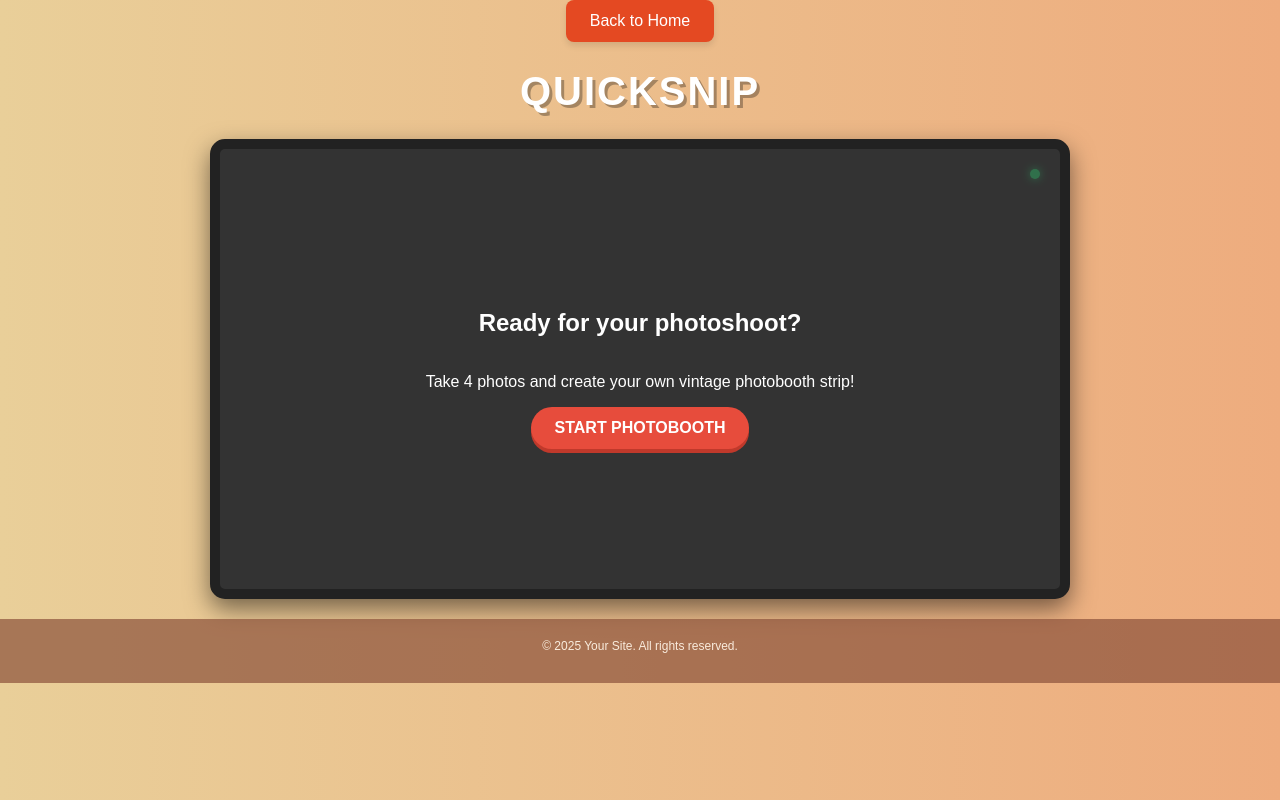
Repository: Strawb3rryjam/QuickSnip
Page: photobooth.html
The author's editor kept a copy of each file at every save. The page is drawn from the files as they stood at one save, then again after the next save.
The browser window is 1280 px wide. The pictures show the whole page.
Some web fonts or font styles are not loaded; a fallback is used.

Above is the page before, as saved 2025-05-09 11:13:23.

### photobooth.html
<!DOCTYPE html>
<html lang="en">

<head>
    <meta charset="UTF-8">
    <meta name="viewport" content="width=device-width, initial-scale=1.0">
    <title>Retro Photobooth</title>
    <link rel="stylesheet" href="styles.css">

    <!--Font-->
    <link rel="preconnect" href="https://fonts.googleapis.com">
    <link rel="preconnect" href="https://fonts.gstatic.com" crossorigin>
    <link href="https://fonts.googleapis.com/css2?family=Titan+One&display=swap" rel="stylesheet">
</head>

<body>
    <a href="index.html" id="home" class="button">Back to Home</a>


    <h1>QUICKSNIP</h1>
    <div class="container">
        <div class="retro-light"></div>

        <div class="start-screen" id="startScreen">

            <h2>Ready for your photoshoot?</h2>
            <p>Take 4 photos and create your own vintage photobooth strip!</p>
            <button id="startButton">Start Photobooth</button>
        </div>

        <div class="camera-container" id="cameraContainer">
            <video id="camera" autoplay playsinline></video>
            <div class="countdown" id="countdown"></div>
            <div class="flash" id="flash"></div>
            <div class="loading-message" id="loadingMessage">Initializing camera...</div>
        </div>



        <div class="controls" id="cameraControls" style="display: none;">
            <button id="captureButton">Take Photos</button>
        </div>

        <div class="photostrip-container" id="photostripContainer">
            <div class="photostrip" id="photostrip">
                <div class="photostrip-branding">Retro Photobooth - April 28, 2025</div>
            </div>

            <div class="editor-tools">
                <div>
                    <h3>Border Color</h3>
                    <div class="color-picker" id="colorPicker">
                        <div class="color selected" style="background-color: white;" data-color="white"></div>
                        <div class="color" style="background-color: #ffcc00;" data-color="#ffcc00"></div>
                        <div class="color" style="background-color: #ff6b6b;" data-color="#ff6b6b"></div>
                        <div class="color" style="background-color: #48dbfb;" data-color="#48dbfb"></div>
                        <div class="color" style="background-color: #1dd1a1;" data-color="#1dd1a1"></div>
                        <div class="color" style="background-color: #f368e0;" data-color="#f368e0"></div>
                        <div class="color" style="background-color: #ff9f43;" data-color="#ff9f43"></div>
                        <div class="color" style="background-color: black;" data-color="black"></div>
                    </div>
                </div>

                <div>
                    <h3>Add Stickers</h3>
                    <div class="stickers" id="stickerPicker">
                        <div class="sticker">⭐</div>
                        <div class="sticker">❤️</div>
                        <div class="sticker">🌈</div>
                        <div class="sticker">😎</div>
                        <div class="sticker">🎉</div>
                        <div class="sticker">✨</div>
                        <div class="sticker">💯</div>
                        <div class="sticker">🔥</div>
                        <div class="sticker">👑</div>
                        <div class="sticker">🦄</div>
                    </div>
                </div>

                <button id="downloadButton">Download Photostrip</button>
                <button id="resetButton">Take New Photos</button>
            </div>
        </div>
    </div>

    <footer id="copyright">
        © 2025 Your Site. All rights reserved.
    </footer>

    <script src="https://cdnjs.cloudflare.com/ajax/libs/html2canvas/1.4.1/html2canvas.min.js"></script>
    <script src="scripts.js"></script>
    <script src="https://cdnjs.cloudflare.com/ajax/libs/html2canvas/1.4.1/html2canvas.min.js"></script>

</body>

</html>

### styles.css


body {
  font-family: 'titan-one-regular', sans-serif;
  background-color: #f0f0f0;
  margin: 0;
  padding: 0;
  padding-bottom: 80px;
  display: flex;
  flex-direction: column;
  align-items: center;
  min-height: 100vh;
  background-image: linear-gradient(to right,#E9CF99, #EEAC7E);
  color: white;
  text-align: center;
}

h1 {
  font-family: 'titan-one-regular', sans-serif;
  letter-spacing: 2px;
  font-size: 2.5rem;
  text-shadow: 3px 3px 0px rgba(0, 0, 0, 0.3);
  margin-bottom: 5px;
}


.photobooth-exterior {
  position: relative;
  width: 100vw;
  height: 100vh;
  overflow: hidden;
  display: flex;
  justify-content: center;
  align-items: center;
}



.entrance {
  position: absolute;
  top: 0;
  left: 0;
  width: 100%;
  height: 100%;
  object-fit: cover;
  object-position: center;
  z-index: -1;
}




#curtain {
  position: absolute;
  width: 20vw; /* Responsive width */
  height: 428px; /* Let it scale proportionally */
  left: 50%; /* Center-ish position */
  top: 35%;  /* Adjust as needed */
  transform: translate(-30%, -14%); /* Centers the image on its position point */
  object-fit: contain;
  cursor: pointer;
  z-index: 1; /* Above entrance image */
}


#home {
  background-color: #e44922;
  color: white;
  border: none;
  padding: 12px 24px;
  border-radius: 8px;
  font-size: 16px;
  cursor: pointer;
  transition: background-color 0.3s ease;
  box-shadow: 0 4px 6px rgba(0, 0, 0, 0.1);
  text-decoration: none; /* removes underline */

}

#home:hover {
  background-color: #e60000;
}




.container {
  max-width: 800px;
  width: 95%;
  background-color: #333;
  border-radius: 15px;
  padding: 20px;
  box-shadow: 0 10px 25px rgba(0, 0, 0, 0.5);
  margin: 20px 0;
  border: 10px solid #222;
  position: relative;
}

.start-screen {
  display: flex;
  flex-direction: column;
  align-items: center;
  justify-content: center;
  height: 400px;
}

.camera-container {
  position: relative;
  margin: 0 auto;
  width: 100%;
  max-width: 640px;
  border-radius: 8px;
  overflow: hidden;
  display: none;
}

#camera {
  width: 100%;
  height: auto;
  background-color: #222;
  border-radius: 8px;
  transform: scaleX(-1);
}

.controls {
  margin-top: 20px;
  display: flex;
  justify-content: center;
  flex-wrap: wrap;
  gap: 10px;
}

button {
  background-color: #e74c3c;
  color: white;
  border: none;
  padding: 12px 24px;
  font-size: 16px;
  border-radius: 30px;
  cursor: pointer;
  transition: all 0.3s;
  font-weight: bold;
  box-shadow: 0 4px 0 #c0392b;
  text-transform: uppercase;
}

button:hover {
  background-color: #c0392b;
  box-shadow: 0 2px 0 #9e2a1e;
  transform: translateY(2px);
}

button:active {
  transform: translateY(4px);
  box-shadow: none;
}

button:disabled {
  background-color: #999;
  box-shadow: none;
  cursor: not-allowed;
}

.countdown {
  position: absolute;
  top: 50%;
  left: 50%;
  transform: translate(-50%, -50%);
  font-size: 8rem;
  color: white;
  text-shadow: 0 0 10px #000;
  opacity: 0.8;
  display: none;
}

.flash {
  position: absolute;
  top: 0;
  left: 0;
  width: 100%;
  height: 100%;
  background-color: white;
  opacity: 0;
  transition: opacity 0.1s;
}

.photostrip-container {
  display: none;
  flex-direction: column;
  align-items: center;
  width: 100%;
}

.photostrip {
  display: flex;
  flex-direction: column;
  gap: 10px;
  background-color: white;
  padding: 20px;
  width: 240px;
  border-radius: 5px;
  box-shadow: 0 0 10px rgba(0,0,0,0.5);
  margin-bottom: 20px;
  position: relative;
}

.photostrip img {
  width: 100%;
  height: auto;
  border: 1px solid #ddd;
}

.photostrip-branding {
  color: #333;
  font-size: 12px;
  margin-top: 10px;
  text-align: center;
  font-family: 'Courier New', monospace;
}

.editor-tools {
  display: flex;
  flex-wrap: wrap;
  justify-content: center;
  gap: 10px;
  margin-top: 20px;
  width: 100%;
}

.color-picker {
  display: flex;
  flex-wrap: wrap;
  justify-content: center;
  gap: 5px;
  margin-bottom: 15px;
}

.color {
  width: 30px;
  height: 30px;
  border-radius: 50%;
  cursor: pointer;
  border: 2px solid transparent;
  transition: transform 0.2s;
}

.color:hover {
  transform: scale(1.2);
}

.color.selected {
  border: 2px solid white;
  box-shadow: 0 0 5px rgba(0,0,0,0.5);
}

.stickers {
  display: flex;
  flex-wrap: wrap;
  justify-content: center;
  gap: 10px;
  margin-bottom: 15px;
}

.sticker {
  font-size: 24px;
  cursor: pointer;
  background-color: rgba(255, 255, 255, 0.2);
  border-radius: 5px;
  padding: 5px;
  transition: transform 0.2s;
}

.sticker:hover {
  transform: scale(1.2);
}

.draggable-sticker {
  position: absolute;
  cursor: move;
  user-select: none;
  font-size: 24px;
}

.retro-light {
  position: absolute;
  width: 10px;
  height: 10px;
  background-color: #2ecc71;
  border-radius: 50%;
  top: 20px;
  right: 20px;
  box-shadow: 0 0 10px #2ecc71;
  animation: blink 2s infinite;
}

@keyframes blink {
  0%, 100% { opacity: 1; }
  50% { opacity: 0.4; }
}

.loading-message {
  font-size: 1.2rem;
  margin-bottom: 20px;
  animation: pulse 1.5s infinite;
}

@keyframes pulse {
  0%, 100% { opacity: 1; }
  50% { opacity: 0.5; }
}

#copyright {
  font-size: 12px;
  opacity: 0.7;
  text-align: center;
  background-color: #8C523B;
  padding: 20px 0 30px;
  width: 100%;
}


/* Photostrip printing animation */
@keyframes slideDown {
  0% {
    transform: translateY(-100%);
    filter: brightness(0);
  }
  30% {
    transform: translateY(0);
    filter: brightness(0);
  }
  100% {
    transform: translateY(0);
    filter: brightness(1);
  }
}

.photostrip {
  display: flex;
  flex-direction: column;
  gap: 10px;
  background-color: white;
  padding: 20px;
  width: 240px;
  border-radius: 5px;
  box-shadow: 0 0 10px rgba(0,0,0,0.5);
  margin-bottom: 20px;
  position: relative;
}

.photostrip.printing {
  animation: slideDown 3s ease-out forwards;
}

.photostrip.printing img {
  opacity: 0;
  animation: fadeIn 0.5s ease-out forwards;
}

/* Different delay for each photo to create sequential revealing effect */
.photostrip.printing img:nth-child(1) {
  animation-delay: 1.2s;
}

.photostrip.printing img:nth-child(2) {
  animation-delay: 1.7s;
}

.photostrip.printing img:nth-child(3) {
  animation-delay: 2.2s;
}

.photostrip.printing img:nth-child(4) {
  animation-delay: 2.7s;
}

.photostrip-branding.printing {
  opacity: 0;
  animation: fadeIn 0.5s ease-out forwards;
  animation-delay: 3s;
}

@keyframes fadeIn {
  from { opacity: 0; }
  to { opacity: 1; }
}

/* Printer sound effect styles */
.printer-sound {
  display: none;
}

/* Printing overlay effect */
.printing-overlay {
  position: fixed;
  top: 0;
  left: 0;
  width: 100%;
  height: 100%;
  background-color: rgba(0, 0, 0, 0.7);
  display: flex;
  justify-content: center;
  align-items: center;
  z-index: 1000;
  opacity: 0;
  pointer-events: none;
  transition: opacity 0.5s ease;
}

.printing-overlay.active {
  opacity: 1;
  pointer-events: auto;
}

.printing-message {
  font-size: 2rem;
  color: white;
  text-align: center;
  animation: pulse 1.5s infinite;
}

Loaded but not shown: scripts.js (404 lines, source omitted)

After the next save:
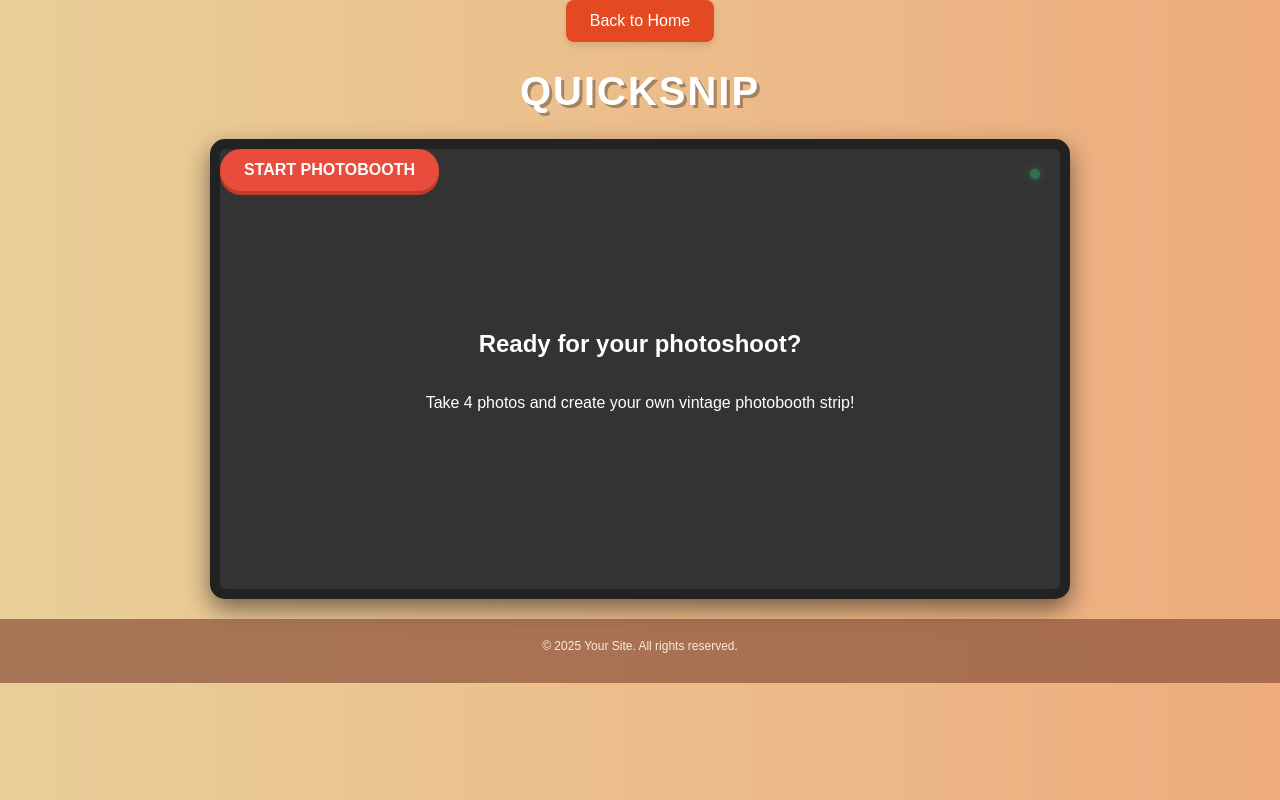
Saved 29 min 24 s later.
--- a/styles.css
+++ b/styles.css
@@ -131,6 +131,9 @@
 }
 
 button {
+  position: absolute;
+  top: 0;
+  left: 0;
   background-color: #e74c3c;
   color: white;
   border: none;
@@ -143,6 +146,7 @@
   box-shadow: 0 4px 0 #c0392b;
   text-transform: uppercase;
 }
+
 
 button:hover {
   background-color: #c0392b;

After the save that followed:
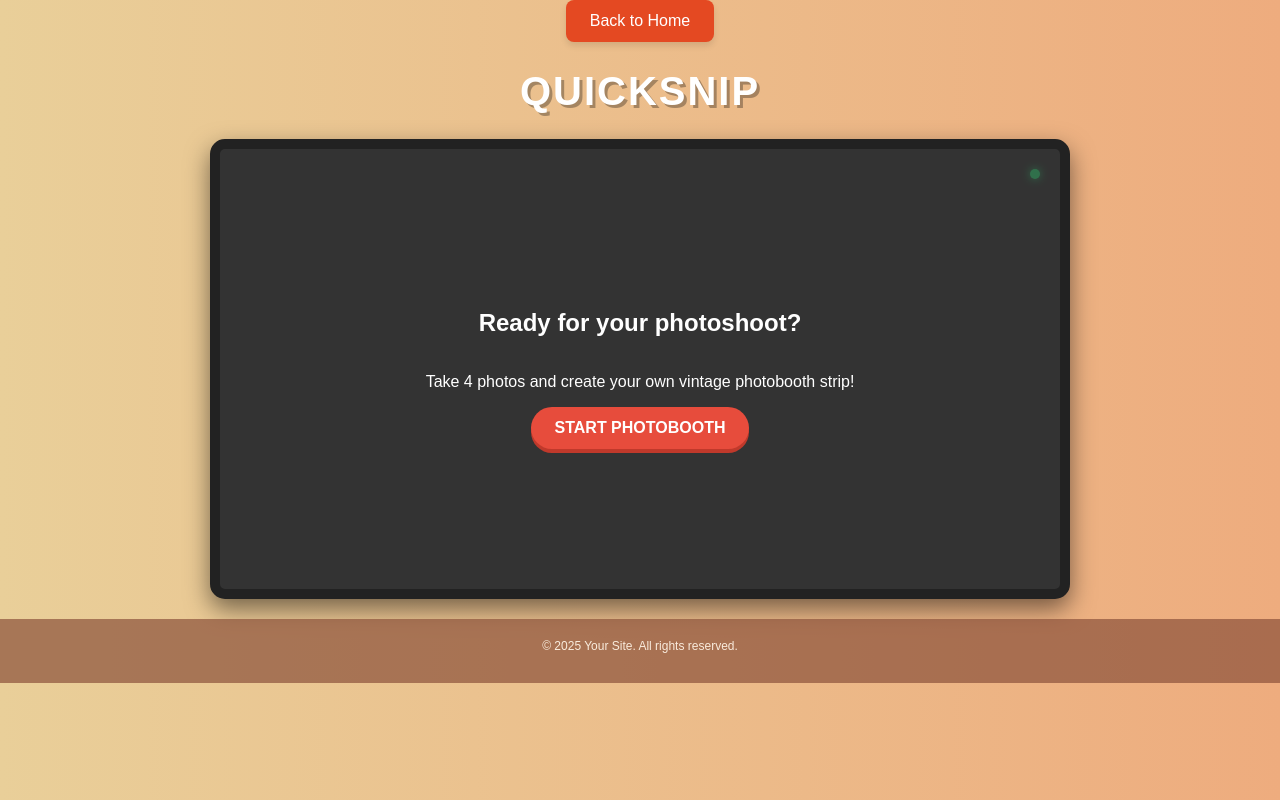
Saved 6 s later.
--- a/styles.css
+++ b/styles.css
@@ -131,9 +131,6 @@
 }
 
 button {
-  position: absolute;
-  top: 0;
-  left: 0;
   background-color: #e74c3c;
   color: white;
   border: none;
@@ -146,7 +143,6 @@
   box-shadow: 0 4px 0 #c0392b;
   text-transform: uppercase;
 }
-
 
 button:hover {
   background-color: #c0392b;
